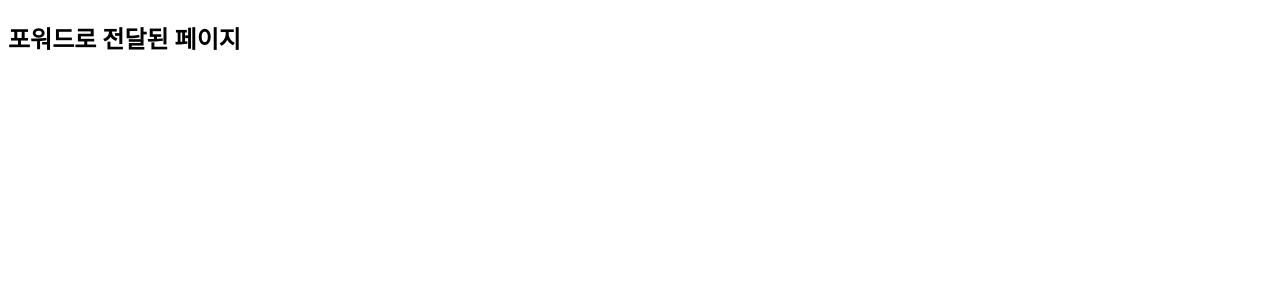
Repository: achul1026/jspStudy
Page: http://localhost/MustHaveJSP/03Scope/RequestForward.jsp
These files come from the project's save history. The page is drawn as it stood at one moment and after the next save; the edit follows.
The browser window is 1280 px wide. The pictures show the whole page.
The page is served by Tomcat 9. Other server files are loaded and not shown.

Above is the page before, as saved 2022-09-24 03:12:41.

### MustHaveJSP/src/main/webapp/03Scope/RequestForward.jsp
<%@ page import="common.Person" %>
<%@ page language="java" contentType="text/html; charset=UTF-8"
    pageEncoding="UTF-8"%>
<!DOCTYPE html>
<html>
<head>
<title>request 영역</title>
</head>
<body>
	<h2>포워드로 전달된 페이지</h2>
</body>
</html>

After the next save:
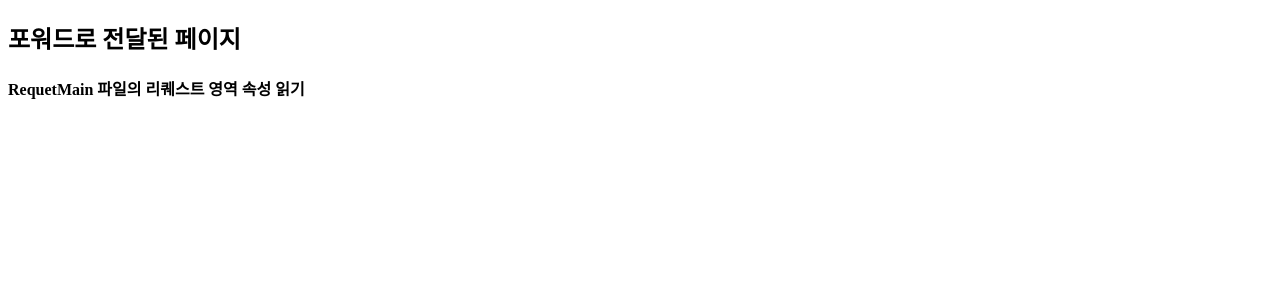
Saved 18 s later.
--- a/MustHaveJSP/src/main/webapp/03Scope/RequestForward.jsp
+++ b/MustHaveJSP/src/main/webapp/03Scope/RequestForward.jsp
@@ -8,5 +8,6 @@
 </head>
 <body>
 	<h2>포워드로 전달된 페이지</h2>
+	<h4>RequetMain 파일의 리퀘스트 영역 속성 읽기</h4>
 </body>
 </html>
